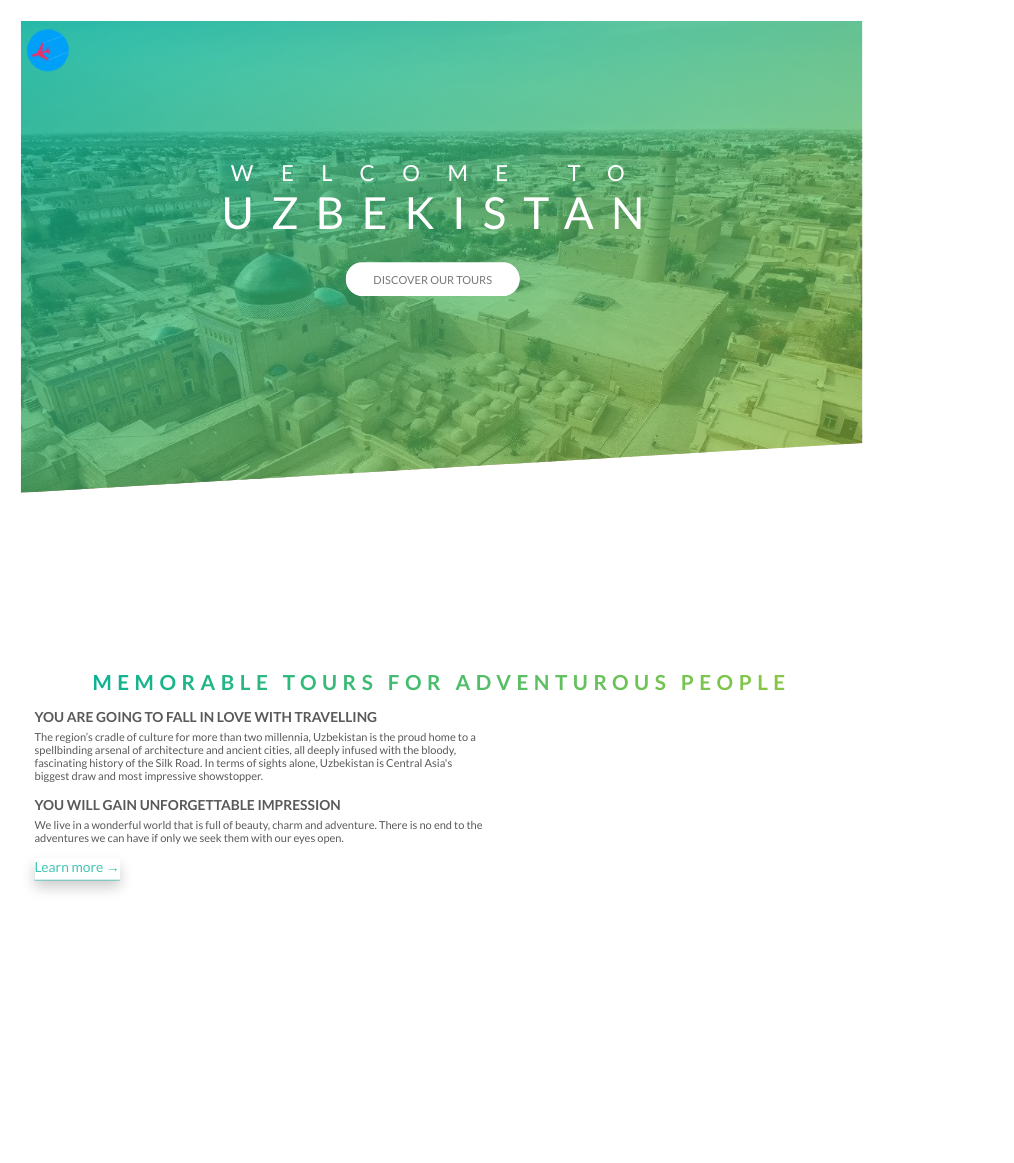
Repository: bmbrdr/UzTours
Page: index.html
The author's editor kept a copy of each file at every save. The page is drawn from the files as they stood at one save, then again after the next save.
The browser window is 1280 px wide. The page is 1470 px wide, so the pictures cover 1470 px, including what lies to the right of the window. The pictures show the whole page, at 69% of full size.
The style sheet was rebuilt from its Sass, Less or Tailwind sources for each picture, by a compiler version that may differ from the author's.

Above is the page before, as saved 2021-08-09 11:55:03.

After the next save:
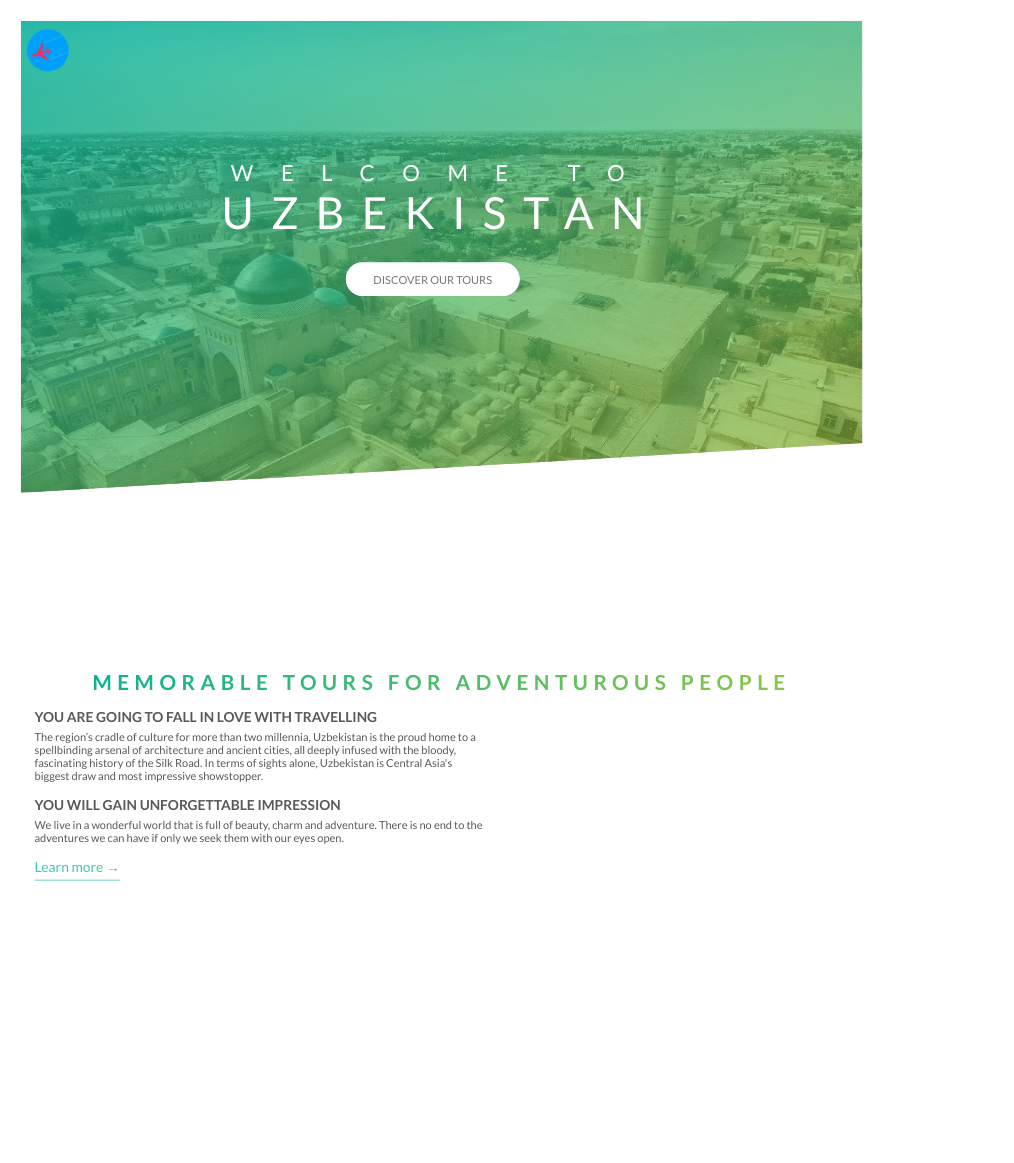
Saved 36 s later.
--- a/style/components/_buttons.scss
+++ b/style/components/_buttons.scss
@@ -60,11 +60,12 @@
      color: $color-primary-light;
      padding-bottom: .7rem;
      border-bottom: $color-primary-light solid 1px ;
-     box-shadow: 0 1rem 2rem rgba(0, 0, 0, 0.2);
+
    }
  &:hover{
    background-color: $color-primary-light;
    color:aliceblue;
+   box-shadow: 0 1rem 2rem rgba(0, 0, 0, 0.2);
  }
 
 }
